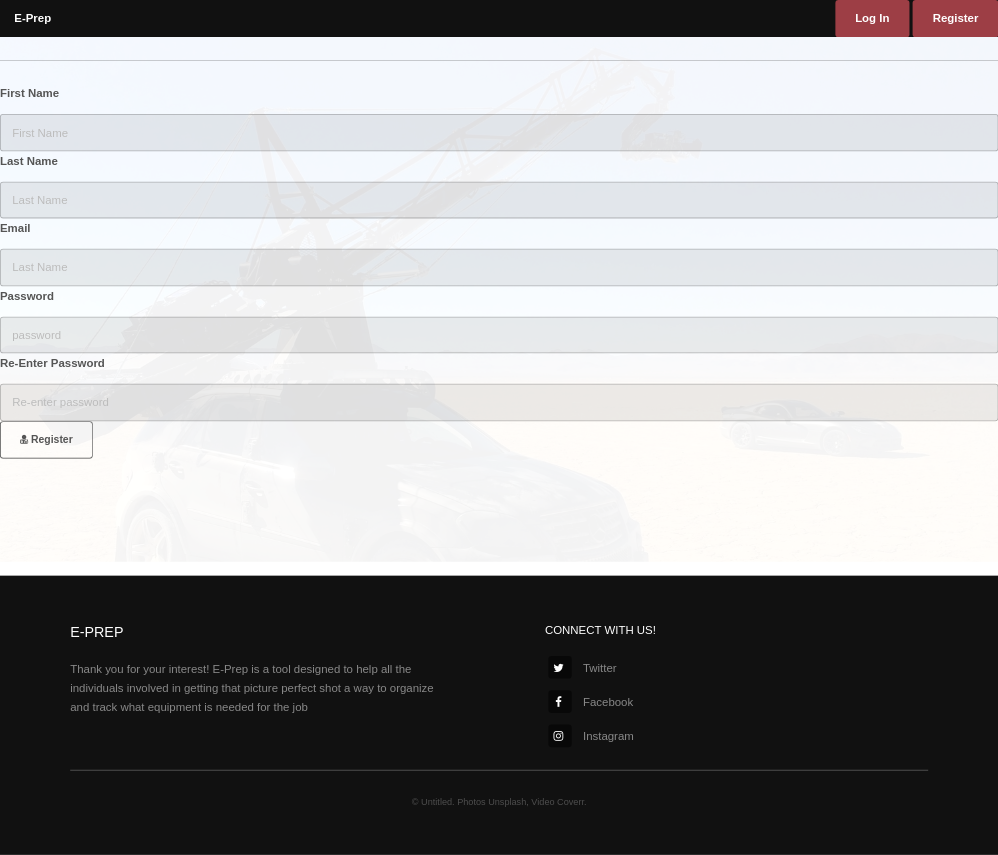
Repository: frankiep95/EPrep
Page: http://localhost/ePrep/WEB-INF/views/signup.jsp
The author's editor kept a copy of each file at every save. The page is drawn from the files as they stood at one save, then again after the next save.
The browser window is 1280 px wide. The pictures show the whole page, at 78% of full size.
Some web fonts or font styles are not loaded; a fallback is used. Some web libraries are served in a nearby version. The page is served by Tomcat 9. Nobody is signed in. Other server files are loaded and not shown. The template is opened directly, without the code that normally fills it, so the values that code supplies are empty.

Above is the page before, as saved 2020-10-05 05:55:08.

### ePrep/src/main/webapp/WEB-INF/views/signup.jsp
<%@ page language="java" contentType="text/html; charset=UTF-8"
	pageEncoding="UTF-8"%>
<%@ taglib prefix="spring" uri="http://www.springframework.org/tags"%>
<%@ taglib prefix="c" uri="http://java.sun.com/jsp/jstl/core"%>
<%@ taglib prefix="form" uri="http://www.springframework.org/tags/form"%>
<%@ page import="java.util.*"%>
<%@ taglib prefix="fmt" uri="http://java.sun.com/jsp/jstl/fmt"%>

<!DOCTYPE html>
<html lang="en">
<head>
		<title>Register</title>
		<meta charset="utf-8">
		<meta name="viewport" content="width=device-width, initial-scale=1, user-scalable=no">
		<meta name="description" content="">
		<meta name="keywords" content="">
		<link rel="stylesheet" href="static/assets/css/main.css">
</head>



<body class="contacts-index-index rtl inner-page">
	<div id="page">
		<jsp:include page="Components/header.jsp" />


		<section class="main-container col1-layout bounceInUp animated">
			<div class="main container">


				<div class="col-lg-6">
					<div class="box">
						<h1 class="text-center">${msg}</h1>
						<h3 class="text-muted">
							<span class="text-danger">${error}</span>
						</h3>
						<hr>
						<form:form action="register" modelAttribute="users" method="post">
							<h3 class="text-danger">${_error}</h3>
							<div class="form-group">
								<label for="fname">First Name</label>
								<form:input path="fname" class="form-control"
									placeholder="First Name" />
								<form:errors path="fname" class="text-danger text-center" />
							</div>
							<div class="form-group">
								<label for="lname">Last Name</label>
								<form:input path="lname" class="form-control"
									placeholder="Last Name" />
								<form:errors path="lname" class="text-danger text-center" />
							</div>
							<div class="form-group">
								<label for="email">Email</label>
								<form:input path="email" id="e-mail" type="email"
									class="form-control" placeholder="Last Name" />
								<form:errors path="email" class="text-danger text-center" />
							</div>
							<div class="form-group">
								<label for="password">Password</label>
								<form:input path="password" type="password" id="pass"
									class="form-control" placeholder="password" />
								<form:errors path="password" class="text-danger text-center" />
							</div>
							<div class="form-group">
								<label for="password2">Re-Enter Password</label>
								<form:input path="password2" id="pass2" type="password"
									class="form-control" placeholder="Re-enter password" />
								<form:errors path="password2" class="text-danger text-center" />
							</div>
							<div class="text-left">
								<button type="submit" class="btn btn-primary"
									id="submit-register">
									<i class="fa fa-user-md"></i> Register
								</button>
							</div>

						</form:form>
					</div>
				</div>

			</div>
		</section>
		<br> <br> <br> <br> <br>
		<jsp:include page="Components/footer.jsp"></jsp:include>
	</div>

</body>
</html>

### ePrep/src/main/webapp/WEB-INF/views/Components/header.jsp
<%@ taglib prefix="spring" uri="http://www.springframework.org/tags"%>
<%@ taglib prefix="c" uri="http://java.sun.com/jsp/jstl/core"%>
<header id="header">
	<a class="logo" href="index.html">E-Prep</a>
	<nav>
		<div>

				<c:choose>
					<c:when test="${empty loggedInUser}">
						<a class="button primary" href="login">Log In</a>
						<a class="button primary" href="register">Register</a>
					</c:when>
					<c:otherwise>
						<%--             	<c:if test="${fn:contains(role,'ADMINDBA')}"> --%>
						<c:if test="${role eq 'ADMIN' || role eq 'DBA'}">
							<a class="button" href="admin">ADMIN</a>"
						</c:if>
							<a class="button" href="profile">Profile</a>
							<a class="button" href="logout">Logout</a>
					</c:otherwise>
				</c:choose>



		</div>
	</nav>
</header>
<nav id="menu">
	<ul class="links">
		<li><a href="index.html">Home</a></li>
		<li><a href="elements.html">Elements</a></li>
		<li><a href="generic.html">Generic</a></li>
	</ul>
	<a href="#menu" class="close"></a>
</nav>

### ePrep/src/main/webapp/WEB-INF/views/Components/footer.jsp
			<footer id="footer">
				<div class="inner">
					<div class="content">
						<section>
							<h3>E-Prep</h3>
							<p>Thank you for your interest! E-Prep is a tool designed to help all the individuals involved in getting that picture perfect shot a way to organize and track what equipment is needed for the job</p>
						</section>

						<section>
							<h4>Connect with us!</h4>
							<ul class="plain">
								<li><a href="#"><i class="icon fa-twitter">&nbsp;</i>Twitter</a></li>
								<li><a href="#"><i class="icon fa-facebook">&nbsp;</i>Facebook</a></li>
								<li><a href="#"><i class="icon fa-instagram">&nbsp;</i>Instagram</a></li>
							</ul>
						</section>
					</div>
					<div class="copyright">
						© Untitled. Photos <a href="https://unsplash.co">Unsplash</a>, Video <a href="https://coverr.co">Coverr</a>.
					</div>
				</div>
			</footer>

Loaded but not shown: ePrep/src/main/webapp/static/assets/css/font-awesome.min.css (library); ePrep/src/main/webapp/static/assets/css/main.css (2826 lines, source omitted)

After the next save:
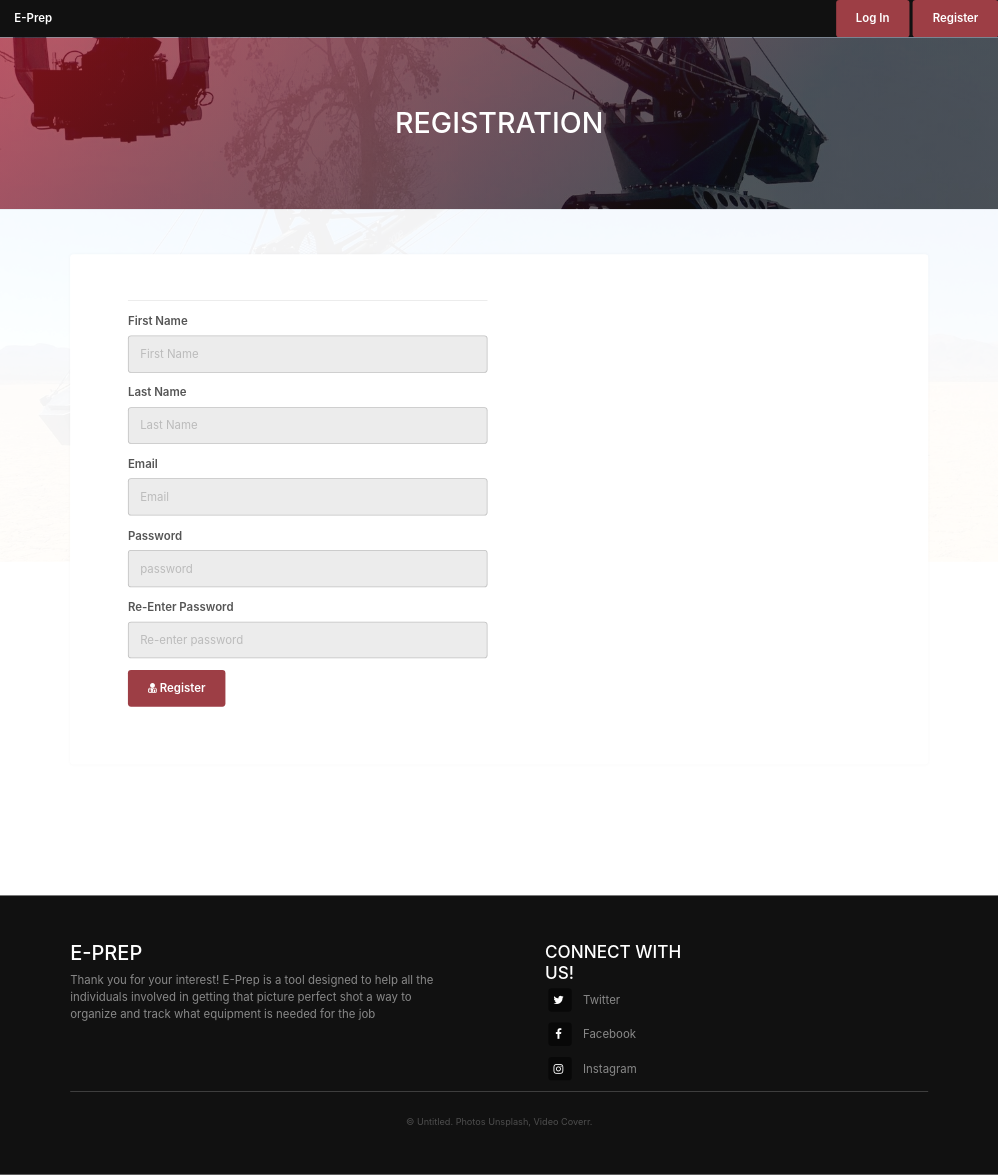
Saved 38 s later.
--- a/ePrep/src/main/webapp/WEB-INF/views/signup.jsp
+++ b/ePrep/src/main/webapp/WEB-INF/views/signup.jsp
@@ -10,25 +10,36 @@
 <html lang="en">
 <head>
 		<title>Register</title>
-		<meta charset="utf-8">
-		<meta name="viewport" content="width=device-width, initial-scale=1, user-scalable=no">
-		<meta name="description" content="">
-		<meta name="keywords" content="">
-		<link rel="stylesheet" href="static/assets/css/main.css">
+<meta charset="utf-8">
+<meta name="viewport"
+	content="width=device-width, initial-scale=1, user-scalable=no">
+<meta name="description" content="">
+<meta name="keywords" content="">
+<link rel="stylesheet" href="static/assets/css/main.css">
+<link rel="stylesheet"
+	href="https://stackpath.bootstrapcdn.com/bootstrap/4.5.2/css/bootstrap.min.css"
+	integrity="sha384-JcKb8q3iqJ61gNV9KGb8thSsNjpSL0n8PARn9HuZOnIxN0hoP+VmmDGMN5t9UJ0Z"
+	crossorigin="anonymous">
+<link
+	href="https://maxcdn.bootstrapcdn.com/font-awesome/4.3.0/css/font-awesome.min.css"
+	rel="stylesheet">
 </head>
 
 
 
 <body class="contacts-index-index rtl inner-page">
-	<div id="page">
+
 		<jsp:include page="Components/header.jsp" />
+		<div id="heading">
+				<h1>Registration</h1>
+			</div>
 
+	<section id="main" class="wrapper">
+		<div class="inner">
+			<div class="content">
+				<div class="container">
 
-		<section class="main-container col1-layout bounceInUp animated">
-			<div class="main container">
-
-
-				<div class="col-lg-6">
+				<div class="col-lg-6 center">
 					<div class="box">
 						<h1 class="text-center">${msg}</h1>
 						<h3 class="text-muted">
@@ -52,7 +63,7 @@
 							<div class="form-group">
 								<label for="email">Email</label>
 								<form:input path="email" id="e-mail" type="email"
-									class="form-control" placeholder="Last Name" />
+									class="form-control" placeholder="Email" />
 								<form:errors path="email" class="text-danger text-center" />
 							</div>
 							<div class="form-group">
@@ -68,7 +79,7 @@
 								<form:errors path="password2" class="text-danger text-center" />
 							</div>
 							<div class="text-left">
-								<button type="submit" class="btn btn-primary"
+								<button type="submit" class="button primary"
 									id="submit-register">
 									<i class="fa fa-user-md"></i> Register
 								</button>
@@ -77,12 +88,13 @@
 						</form:form>
 					</div>
 				</div>
-
+				</div>
+				</div>
 			</div>
 		</section>
 		<br> <br> <br> <br> <br>
 		<jsp:include page="Components/footer.jsp"></jsp:include>
-	</div>
+
 
 </body>
 </html>
